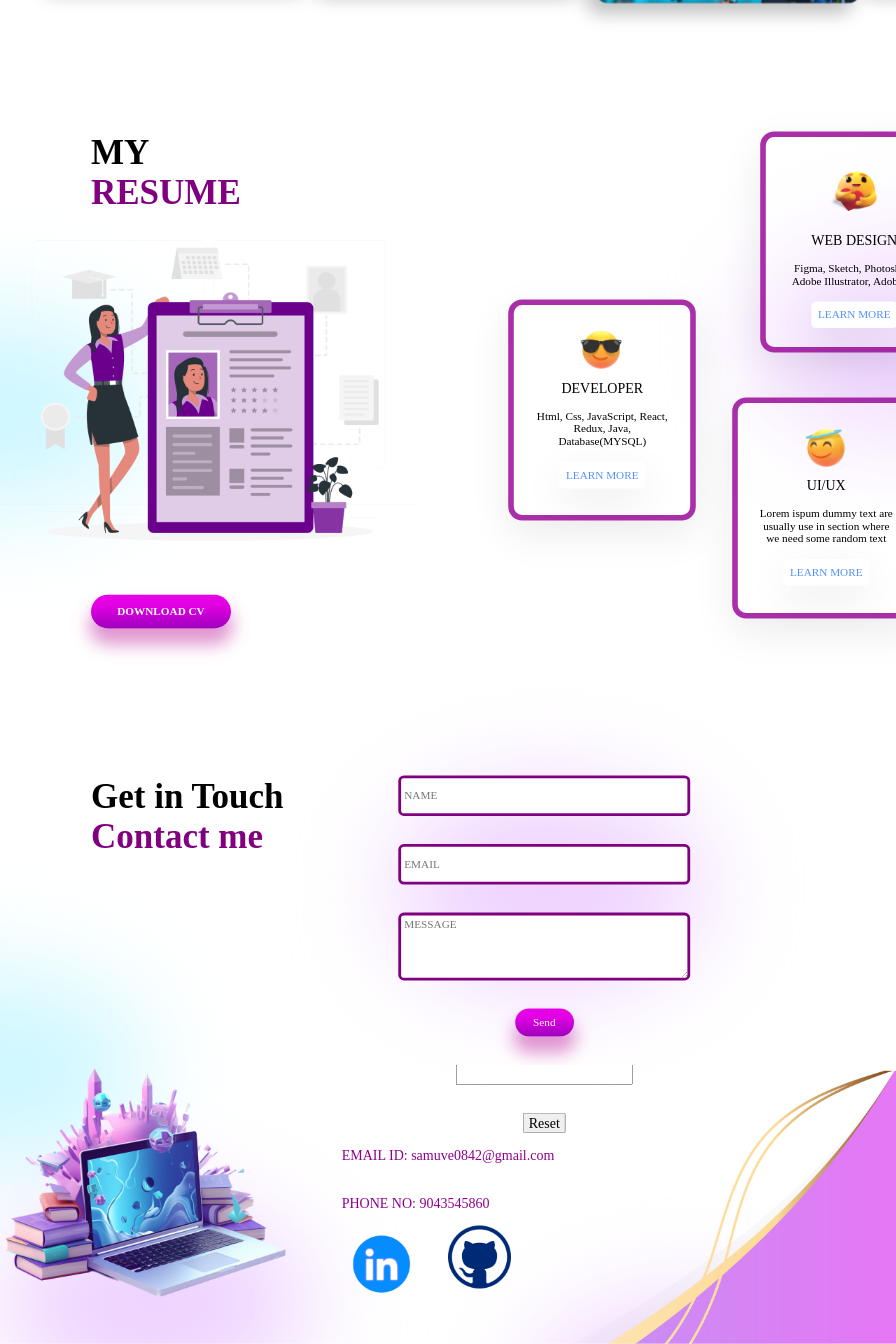
Repository: glorysandy/Protfolio
Page: /
These files come from the project's save history. The page is drawn as it stood at one moment and after the next save; the edit follows.
The browser window is 1280 px wide. The pictures show the part of the page from y = 3224 to 5144 px (the page is 5144 px tall), at 70% of full size.
Some web fonts or font styles are not loaded; a fallback is used. The project was rebuilt for these pictures with package versions that can differ from the ones it lists, and the page was loaded fresh each time. Imported but missing from the stored project, and not drawn on this page: src/components/Services/SANDHIYA.P (RESUME).pdf.

Above is the page before, as saved 2024-10-16 23:59:48.

After the next save:
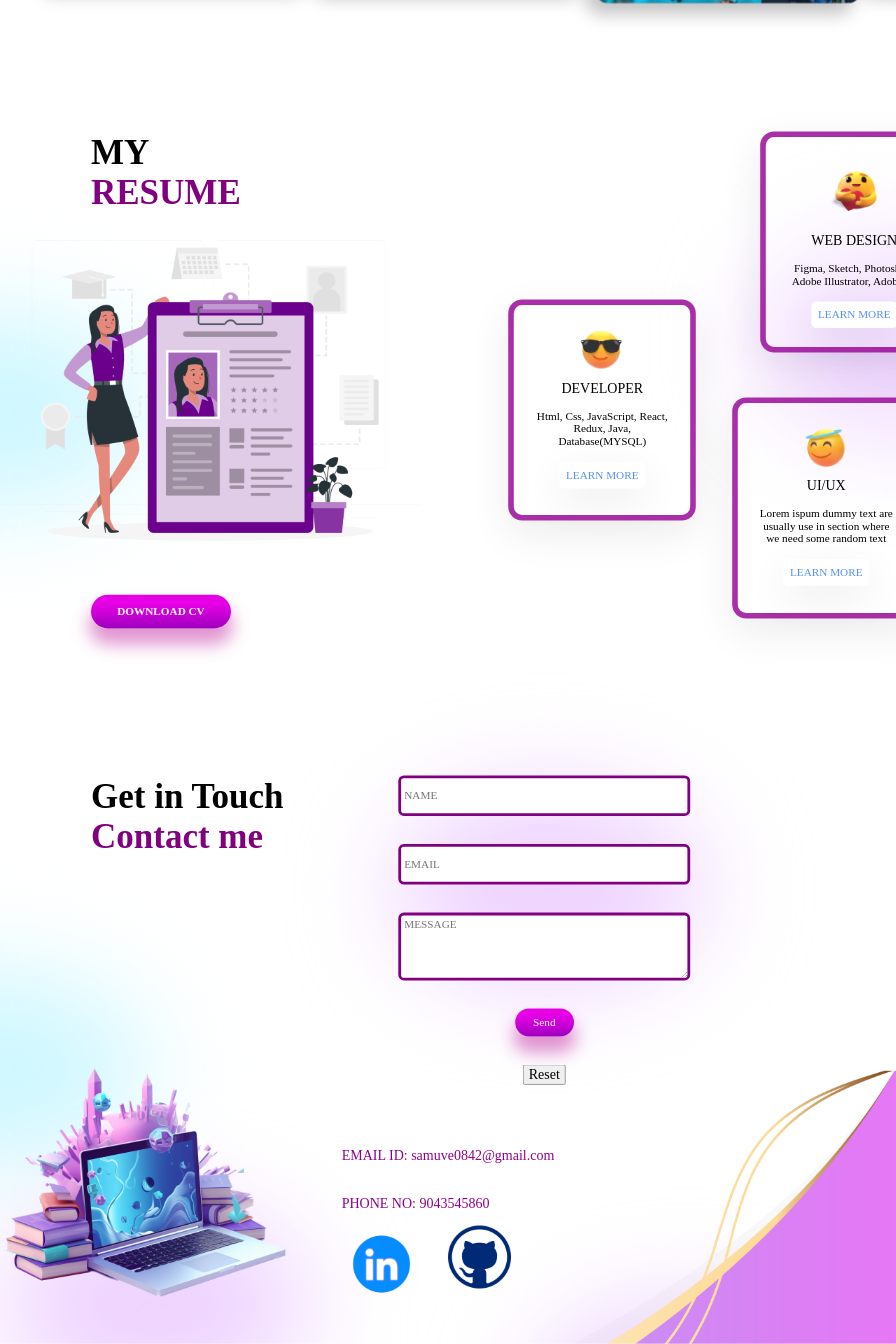
Saved 7 min 8 s later.
--- a/src/components/Contact/Contact.jsx
+++ b/src/components/Contact/Contact.jsx
@@ -58,7 +58,6 @@ const Contact = () => {
           <input type="email" name="user_email" className="user" placeholder="EMAIL"/>
           <textarea name="message" className="user" placeholder="MESSAGE"/>
           <input type="submit" value="Send" className="button"/>
-          <input type="text" name="myInput" />
       <button type="button" onClick={handleReset}>Reset</button>
           <span >{done && "Thanks for Contacting me!"}</span>
           <div
